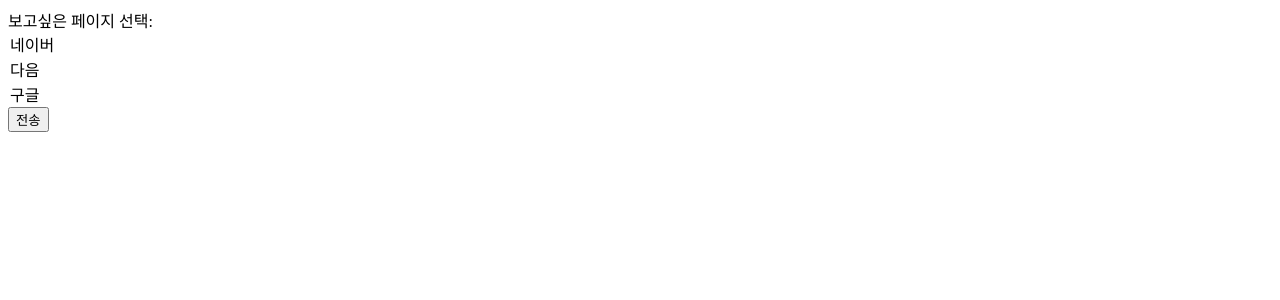
Repository: zoselakt/My_practice_JSP
Page: http://localhost/day03/forward_test.jsp
The author's editor kept a copy of each file at every save. The page is drawn from the files as they stood at one save, then again after the next save.
The browser window is 1280 px wide. The pictures show the whole page.
The page is served by Tomcat 9.

Above is the page before, as saved 2022-02-26 13:18:04.

### day03/WebContent/forward_test.jsp
<%@ page language="java" contentType="text/html; charset=UTF-8"
    pageEncoding="UTF-8"%>
<!DOCTYPE html>
<html>
<head>
<meta charset="UTF-8">
<title>액션태그 forward 테스트</title>
</head>
<body>
	<form action="controller.jsp">
		보고싶은 페이지 선택:
		<selecet name="site">
			<option value="naver">네이버</option>
			<option value="daum">다음</option>
			<option value="google">구글</option>
		</selecet>
		<input type="submit" value="전송">
	</form>
</body>
</html>

After the next save:
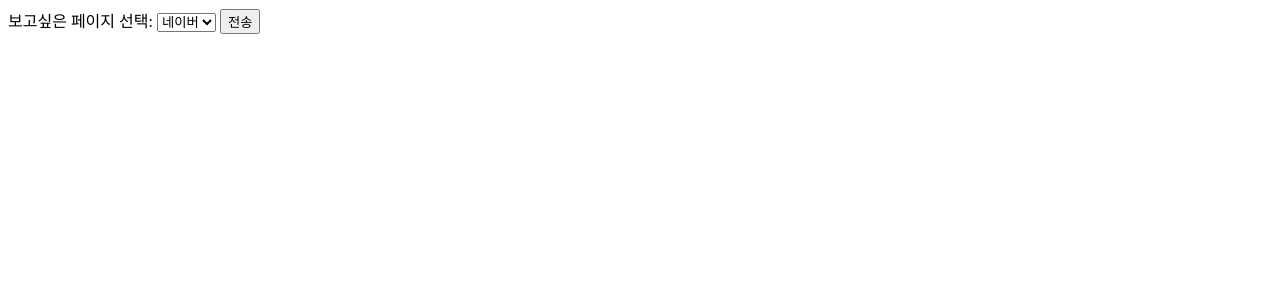
Saved 24 s later.
--- a/day03/WebContent/forward_test.jsp
+++ b/day03/WebContent/forward_test.jsp
@@ -9,11 +9,11 @@
 <body>
 	<form action="controller.jsp">
 		보고싶은 페이지 선택:
-		<selecet name="site">
+		<select name="site">
 			<option value="naver">네이버</option>
 			<option value="daum">다음</option>
 			<option value="google">구글</option>
-		</selecet>
+		</select>
 		<input type="submit" value="전송">
 	</form>
 </body>
